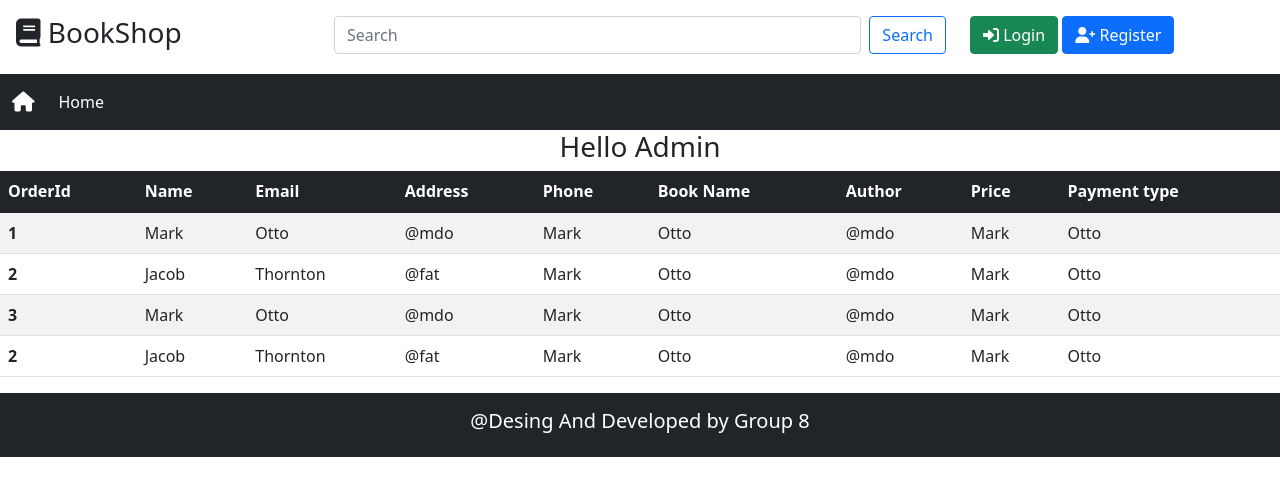
Repository: Abhishekverma23797/BookShopApp
Page: http://localhost/Ebook-App/Admin/orders.jsp
These files come from the project's save history. The page is drawn as it stood at one moment and after the next save; the edit follows.
The browser window is 1280 px wide. The pictures show the whole page.
The page is served by Tomcat 9. Other server files are loaded and not shown.

Above is the page before, as saved 2021-12-09 10:42:58.

### Ebook-App/src/main/webapp/Admin/orders.jsp
<%@ page language="java" contentType="text/html; charset=ISO-8859-1"
	pageEncoding="ISO-8859-1"%>
<!DOCTYPE html>
<html>
<head>
<meta charset="ISO-8859-1">
<title>Order Book</title>
<%@include file="AllCss.jsp"%>

</head>
<%@include file="navbar.jsp"%>
<h3 class="text-center">Hello Admin</h3>

<table class="table table-striped table-hover ">
	<thead class="table-dark">
		<tr>
			<th scope="col">OrderId</th>
			<th scope="col">Name</th>
			<th scope="col">Email</th>
			<th scope="col">Address</th>
			<th scope="col">Phone</th>
			<th scope="col">Book Name</th>
			<th scope="col">Author</th>
			<th scope="col">Price</th>
			<th scope="col">Payment type</th>
		</tr>
	</thead>
	<tbody>
		<tr>
			<th scope="row">1</th>
			<td>Mark</td>
			<td>Otto</td>
			<td>@mdo</td>
			<td>Mark</td>
			<td>Otto</td>
			<td>@mdo</td>
			<td>Mark</td>
			<td>Otto</td>

		</tr>
		<tr>
			<th scope="row">2</th>
			<td>Jacob</td>
			<td>Thornton</td>
			<td>@fat</td>
			<td>Mark</td>
			<td>Otto</td>
			<td>@mdo</td>
			<td>Mark</td>
			<td>Otto</td>
		</tr>
		<tr>
			<th scope="row">3</th>
			<td>Mark</td>
			<td>Otto</td>
			<td>@mdo</td>
			<td>Mark</td>
			<td>Otto</td>
			<td>@mdo</td>
			<td>Mark</td>
			<td>Otto</td>
		</tr>
		<tr>
			<th scope="row">2</th>
			<td>Jacob</td>
			<td>Thornton</td>
			<td>@fat</td>
			<td>Mark</td>
			<td>Otto</td>
			<td>@mdo</td>
			<td>Mark</td>
			<td>Otto</td>
		</tr>
	</tbody>
</table>
<%@include file="footer.jsp"%>
</body>
</html>

### Ebook-App/src/main/webapp/Admin/AllCss.jsp
<!-- CSS only -->
<link
	href="https://cdn.jsdelivr.net/npm/bootstrap@5.1.3/dist/css/bootstrap.min.css"
	rel="stylesheet"
	integrity="sha384-1BmE4kWBq78iYhFldvKuhfTAU6auU8tT94WrHftjDbrCEXSU1oBoqyl2QvZ6jIW3"
	crossorigin="anonymous">


<!-- JavaScript Bundle with Popper -->
<script
	src="https://cdn.jsdelivr.net/npm/bootstrap@5.1.3/dist/js/bootstrap.bundle.min.js"
	integrity="sha384-ka7Sk0Gln4gmtz2MlQnikT1wXgYsOg+OMhuP+IlRH9sENBO0LRn5q+8nbTov4+1p"
	crossorigin="anonymous"></script>


<link rel="stylesheet"
	href="https://cdnjs.cloudflare.com/ajax/libs/font-awesome/6.0.0-beta3/css/all.min.css"
	integrity="sha512-Fo3rlrZj/k7ujTnHg4CGR2D7kSs0v4LLanw2qksYuRlEzO+tcaEPQogQ0KaoGN26/zrn20ImR1DfuLWnOo7aBA=="
	crossorigin="anonymous" referrerpolicy="no-referrer" />

<link rel="stylesheet" href="style.css">

### Ebook-App/src/main/webapp/Admin/navbar.jsp

<div class="container-fluid p-3">


	<div class="row">

		<div class="col-md-3">

			<h3>

				<i class="fas fa-book"></i> BookShop
			</h3>
		</div>

		<div class="col-md-6">
			<form class="d-flex">
				<input class="form-control me-2 my-lg-0" type="search"
					placeholder="Search" aria-label="Search">
				<button class="btn btn-outline-primary" type="submit">Search</button>
			</form>
		</div>

		<div class="col-md-3">

			<a href="Login.jsp" class="btn btn-success "><i
				class="fas fa-sign-in-alt"></i> Login</a> <a href="Register.jsp"
				class="btn btn-primary"><i class="fas fa-user-plus"></i>
				Register</a>

		</div>

	</div>

</div>
<nav class="navbar navbar-expand-lg navbar-dark bg-dark bg-custom">
	<div class="container-fluid">
		<a class="navbar-brand" href="#"><i class="fas fa-home"></i></a>
		<button class="navbar-toggler" type="button" data-bs-toggle="collapse"
			data-bs-target="#navbarSupportedContent"
			aria-controls="navbarSupportedContent" aria-expanded="false"
			aria-label="Toggle navigation">
			<span class="navbar-toggler-icon"></span>
		</button>
		<div class="collapse navbar-collapse" id="navbarSupportedContent">
			<ul class="navbar-nav me-auto mb-2 mb-lg-0">
				<li class="nav-item"><a class="nav-link active"
					aria-current="page" href="home.jsp"> Home</a></li>

				</form>
		</div>
	</div>
</nav>

### Ebook-App/src/main/webapp/Admin/footer.jsp
<div class="conatiner-fluid text-center text-white p-3 mt-2 bg-dark " >

<h5>@Desing And Developed by Group 8</h5>

</div>

### Ebook-App/src/main/webapp/Admin/style.css

.bg-custom{

	background-color: #303f9f;
}

.navbar .nav-item:hover  {

	background-color: black;
	color: blue;
	border-radius: 20px

}

After the next save:
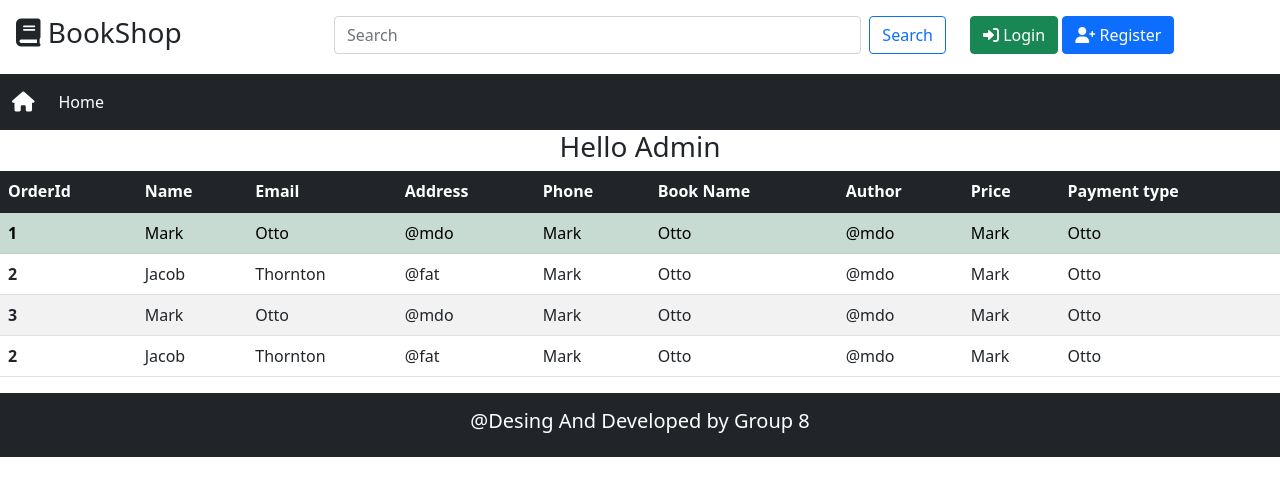
Saved 53 s later.
--- a/Ebook-App/src/main/webapp/Admin/orders.jsp
+++ b/Ebook-App/src/main/webapp/Admin/orders.jsp
@@ -26,7 +26,7 @@
 		</tr>
 	</thead>
 	<tbody>
-		<tr>
+		<tr class="table-success">
 			<th scope="row">1</th>
 			<td>Mark</td>
 			<td>Otto</td>

After the save that followed:
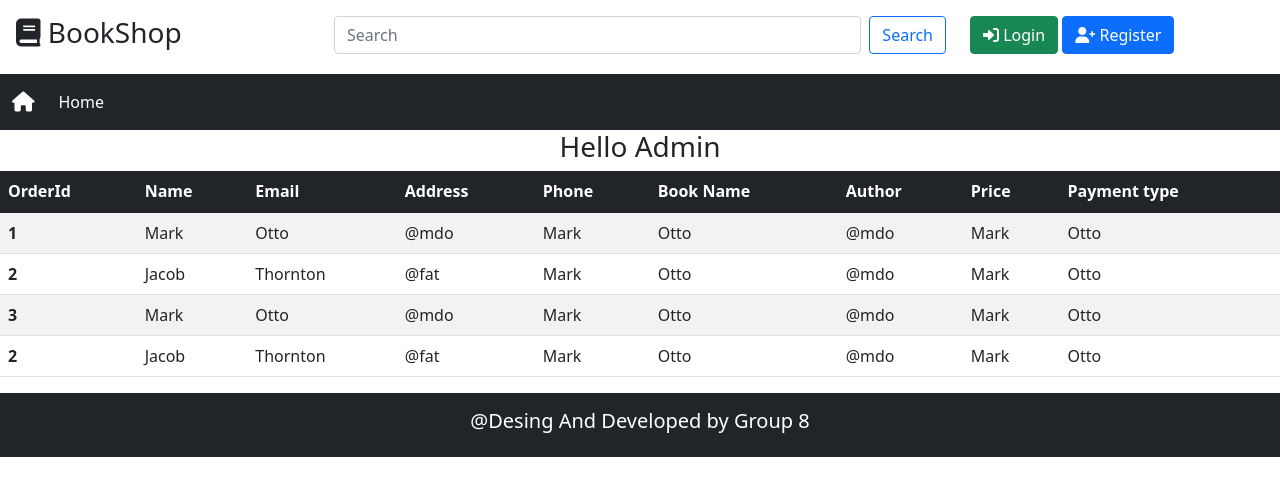
Saved 22 s later.
--- a/Ebook-App/src/main/webapp/Admin/orders.jsp
+++ b/Ebook-App/src/main/webapp/Admin/orders.jsp
@@ -26,7 +26,7 @@
 		</tr>
 	</thead>
 	<tbody>
-		<tr class="table-success">
+		<tr>
 			<th scope="row">1</th>
 			<td>Mark</td>
 			<td>Otto</td>
